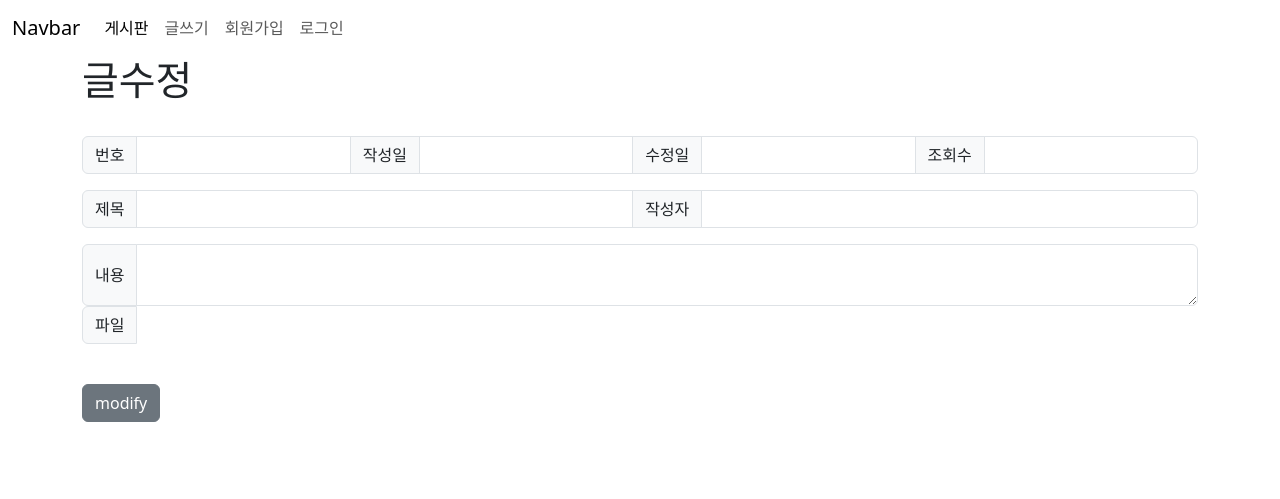
Repository: cmjii/240115SpringProject
Page: http://localhost/spring_test2/WEB-INF/views/board/modify.jsp
An editor plug-in stored every save of this project. The page is shown before and after the next save, followed by the edit.
The browser window is 1280 px wide. The pictures show the whole page.
The page is served by Tomcat 9. Nobody is signed in. Other server files are loaded and not shown. The template is opened directly, without the code that normally fills it, so the values that code supplies are empty.

Above is the page before, as saved 2024-01-11 02:17:02.

### spring_test2/src/main/webapp/WEB-INF/views/board/modify.jsp
<%@ page language="java" contentType="text/html; charset=UTF-8"
    pageEncoding="UTF-8"%>
<%@ taglib uri="http://java.sun.com/jsp/jstl/core" prefix="c" %>
<%@ taglib uri="http://java.sun.com/jsp/jstl/functions" prefix="fn" %>
<jsp:include page="../layout/header.jsp"></jsp:include>

<div class="container-md">
<h1>글수정</h1> <br>
<c:set value = "${bdto.bvo }" var="bvo"></c:set>
<form action="/board/modify" method="post" >
<div class="input-group mb-3">
  <span class="input-group-text" id="basic-addon1">번호</span>
  <input type="text" class="form-control" value="${bvo.bno }" name="bno" readonly="readonly">
  <span class="input-group-text" id="basic-addon1">작성일</span>
  <input type="text" class="form-control"value="${bvo.regAt}"  readonly="readonly">
  <span class="input-group-text" id="basic-addon1">수정일</span>
  <input type="text" class="form-control"value="${bvo.modAt}" name="modAt" readonly="readonly">
  <span class="input-group-text" id="basic-addon1">조회수</span>
  <input type="text" class="form-control" value="${bvo.readCount}" readonly="readonly">
</div>

<div class="input-group mb-3">
  <span class="input-group-text" id="basic-addon1">제목</span>
  <input type="text" class="form-control"  name="title" value="${bvo.title}" >
  <span class="input-group-text" id="basic-addon1">작성자</span>
  <input type="text" class="form-control" name="writer" value="${bvo.writer}" readonly="readonly">
</div>

<div class="input-group">
  <span class="input-group-text">내용</span>
  <textarea class="form-control" name="content">${bvo.content}</textarea>
</div>

<!-- 파일라인 -->
<c:set value="${bdto.flist }" var="flist"></c:set>
<div class="input-group mb-3">
	  <span class="input-group-text" id="basic-addon1">파일</span>
	    <ul class="list-group list-group-flush">
	    	<c:forEach items="${flist }" var="fvo">
	    		<li class="list-group-item">
	    			<c:choose>
	    				<c:when test="${fvo.fileType ==1 }">
	    					<div>
	    						<img alt="" src="/upload/${fvo.saveDir }/${fvo.uuid}_${fvo.fileName}">
	    					</div>
	    				</c:when>
	    				<c:otherwise>
	    					<div>
	    					<!-- 일반 파일 표시할 아이콘 -->
	    						<i class="bi bi-card-heading" style="font-size: 50px;"></i>
	    					</div>
	    				</c:otherwise>
	    			</c:choose>
	    			<div class="ms-2 me-auto">
	    				<div class="fw-bold">${fvo.fileName }</div>
	    				<span class="badge text-bg-secondary">${fvo.fileSize }</span>
	    				<button type="button" data-uuid="${fvo.uuid }" class="btn btn-outline-danger file-x">X</button>
	    			</div>
	    		</li>
	    	</c:forEach>
	    </ul>
</div>




<br>

<button type="submit" class="btn btn-secondary" id="regBtn">modify</button>
</form>
</div>

<script src="/resources/js/boardModify.js" ></script>

### spring_test2/src/main/webapp/WEB-INF/views/layout/header.jsp
<%@ page language="java" contentType="text/html; charset=UTF-8"
    pageEncoding="UTF-8"%>
    <%@ taglib uri="http://java.sun.com/jsp/jstl/core" prefix="c" %>
<!DOCTYPE html>
<html>
<head>
<meta charset="UTF-8">
<title>Insert title here</title>
<link rel="stylesheet" href="https://cdn.jsdelivr.net/npm/bootstrap-icons@1.10.5/font/bootstrap-icons.css">
<link href="https://cdn.jsdelivr.net/npm/bootstrap@5.3.1/dist/css/bootstrap.min.css" rel="stylesheet" integrity="sha384-4bw+/aepP/YC94hEpVNVgiZdgIC5+VKNBQNGCHeKRQN+PtmoHDEXuppvnDJzQIu9" crossorigin="anonymous">
<script src="https://cdn.jsdelivr.net/npm/@popperjs/core@2.11.8/dist/umd/popper.min.js" integrity="sha384-I7E8VVD/ismYTF4hNIPjVp/Zjvgyol6VFvRkX/vR+Vc4jQkC+hVqc2pM8ODewa9r" crossorigin="anonymous"></script>
<script src="https://cdn.jsdelivr.net/npm/bootstrap@5.3.1/dist/js/bootstrap.min.js" integrity="sha384-Rx+T1VzGupg4BHQYs2gCW9It+akI2MM/mndMCy36UVfodzcJcF0GGLxZIzObiEfa" crossorigin="anonymous"></script>
</head>
<body>
<nav class="navbar navbar-expand-lg bg-body-tertiar">
  <div class="container-fluid">
    <a class="navbar-brand" href="#">Navbar</a>
    <button class="navbar-toggler" type="button" data-bs-toggle="collapse" data-bs-target="#navbarTogglerDemo02" aria-controls="navbarTogglerDemo02" aria-expanded="false" aria-label="Toggle navigation">
      <span class="navbar-toggler-icon"></span>
    </button>
    <div class="collapse navbar-collapse" id="navbarTogglerDemo02">
      <ul class="justify-content-center navbar-nav me-auto mb-2 mb-lg-0">
        <li class="nav-item ">
          <a class="nav-link active" aria-current="page" href="/board/list">게시판</a>
        </li>
        <li class="nav-item">
          <a class="nav-link" href="/board/register">글쓰기</a> <!-- 컨트롤러 경로로 가는거임 -->
        </li>
        <li class="nav-item">
          <a class="nav-link" href="#">회원가입</a>
        </li>
        <c:if test="${ses.id ne null }">
        <li class="nav-item">
          <a class="nav-link" href="#">로그아웃</a>
        </li>
        </c:if>
        <c:if test="${ses.id ne null }">
        <li class="nav-item">
          <a class="nav-link" href="#">${ses.id }( ${ses.email }) welcome!</a> <!-- 내 정보 수정 -->
        </li>
        </c:if>
        <c:if test="${ses.id eq null }">
        <li class="nav-item">
          <a class="nav-link" href="#">로그인</a>
        </li>
        </c:if>
      </ul>
    </div>
  </div>
</nav>

</html>

### spring_test2/src/main/webapp/resources/js/boardModify.js
console.log("in");

document.addEventListener('click',(e)=>{
    if(e.target.classList.contains('file-x')){
        let uuid = e.target.dataset.uuid;
        console.log(uuid);
        removeFileToserver(uuid).then(result =>{
            if(result ==="1"){
                alert("파일 삭제 성공");
                e.target.closest('li').remove();
            }
        })
    }
})

async function removeFileToserver(uuid){
    try {
        const url = "/board/file/"+uuid
        const config={
            method:"delete"
        }
        const resp = await fetch(url,config);
        const result = resp.text();
        return result;
    } catch (error) {
        console.log(error);
    }
}

After the next save:
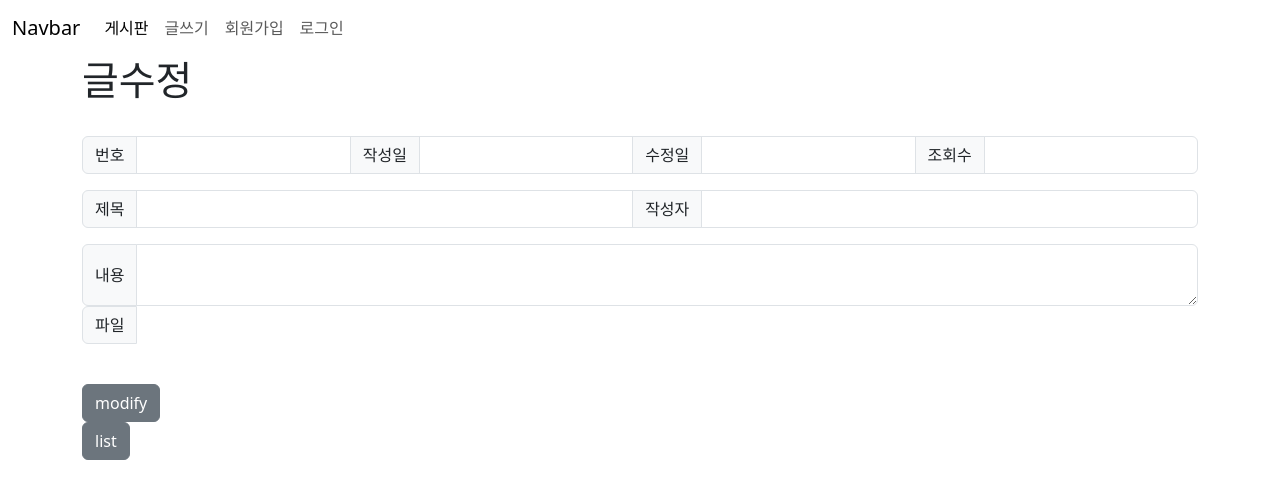
Saved 28 min 35 s later.
--- a/spring_test2/src/main/webapp/WEB-INF/views/board/modify.jsp
+++ b/spring_test2/src/main/webapp/WEB-INF/views/board/modify.jsp
@@ -68,6 +68,7 @@
 
 <button type="submit" class="btn btn-secondary" id="regBtn">modify</button>
 </form>
+<a href="/board/list"><button type="button" class="btn btn-secondary" id="regBtn">list</button></a>
 </div>
 
 <script src="/resources/js/boardModify.js" ></script>
